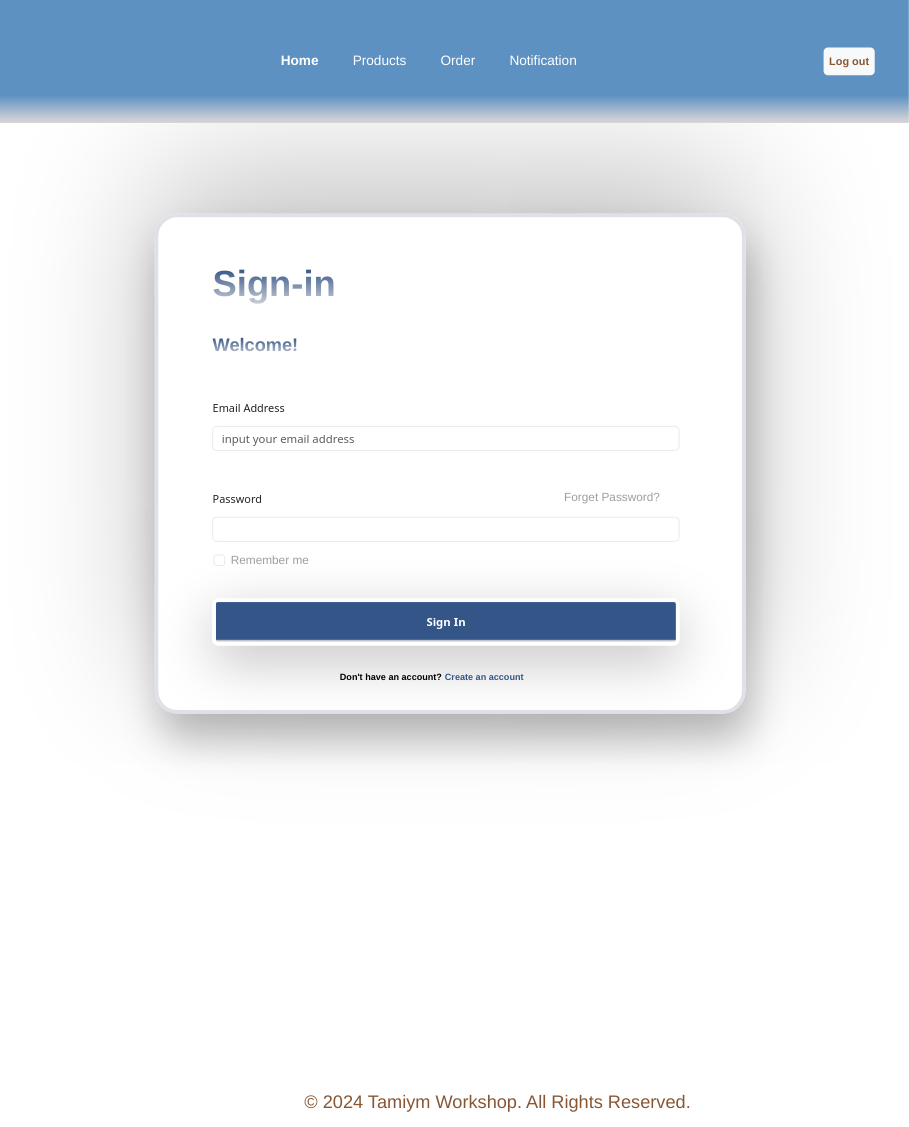
Repository: OVictor21/inventory
Page: /
These files come from the project's save history. The page is drawn as it stood at one moment and after the next save; the edit follows.
The browser window is 1280 px wide. The pictures show the whole page, at 71% of full size.
The project was rebuilt for these pictures with package versions that can differ from the ones it lists, and the page was loaded fresh each time.

Above is the page before, as saved 2024-12-14 09:46:14.

After the next save:
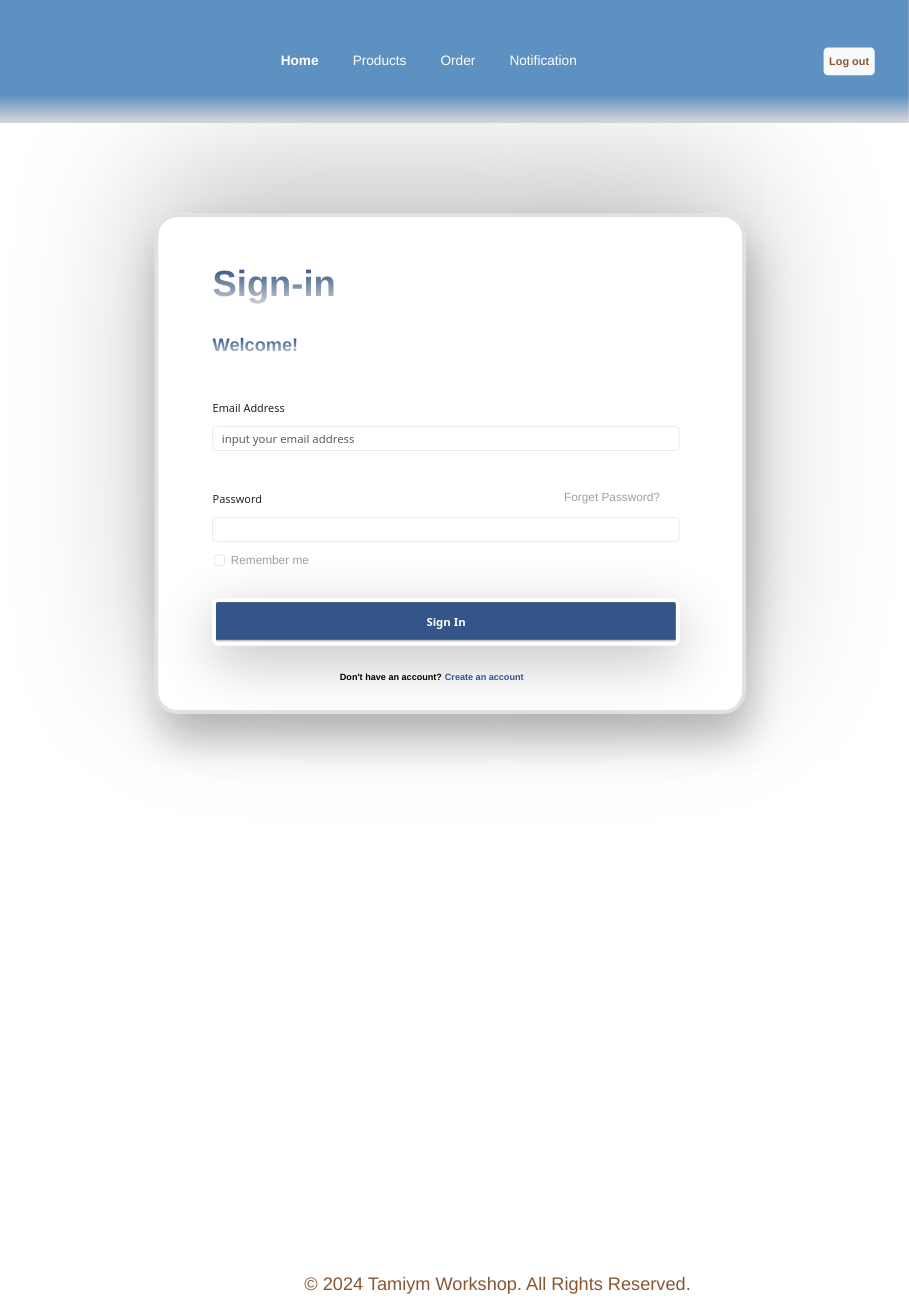
Saved 4 s later.
--- a/src/index.css
+++ b/src/index.css
@@ -194,7 +194,7 @@ font-size: 1.2vw;
   background-color: rgb(51, 85, 136);
   width: 100%;
   height: 5%;
-  top: ;
+  top: 20vw;
 
 }
 
